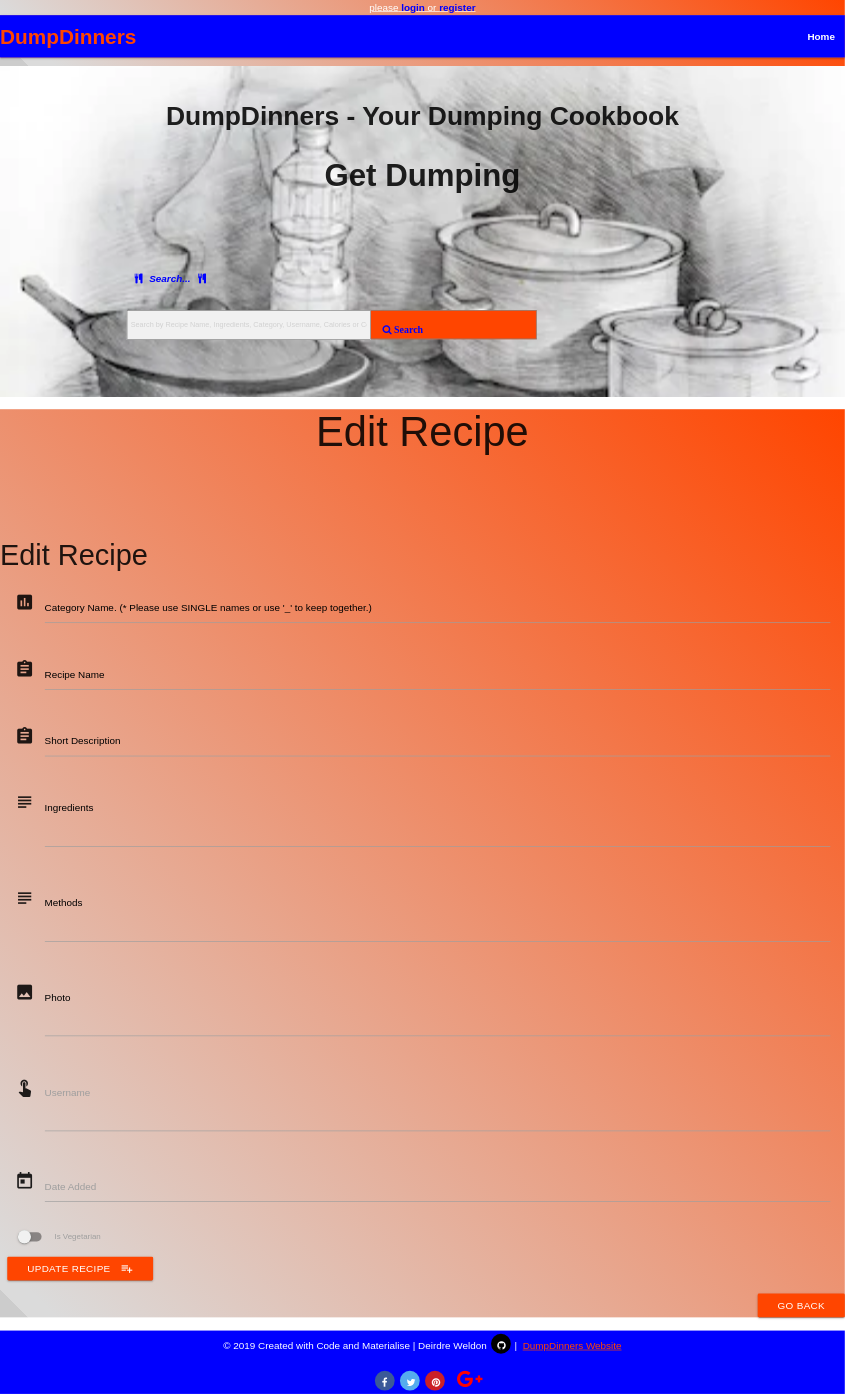
Repository: Deirdre18/dumpdinners-recipe-app
Page: templates/editrecipe.html
The author's editor kept a record of every edit. The page is drawn from the files as they stood at one moment, then again after the next edit.
The browser window is 1280 px wide. The pictures show the whole page, at 66% of full size.
Some web libraries are served in a nearby version. The page is served by the project's application, run on Flask 3 (app.py). The template is opened directly, without the code that normally fills it, so the values that code supplies are empty.

Above is the page before.

After the next edit:
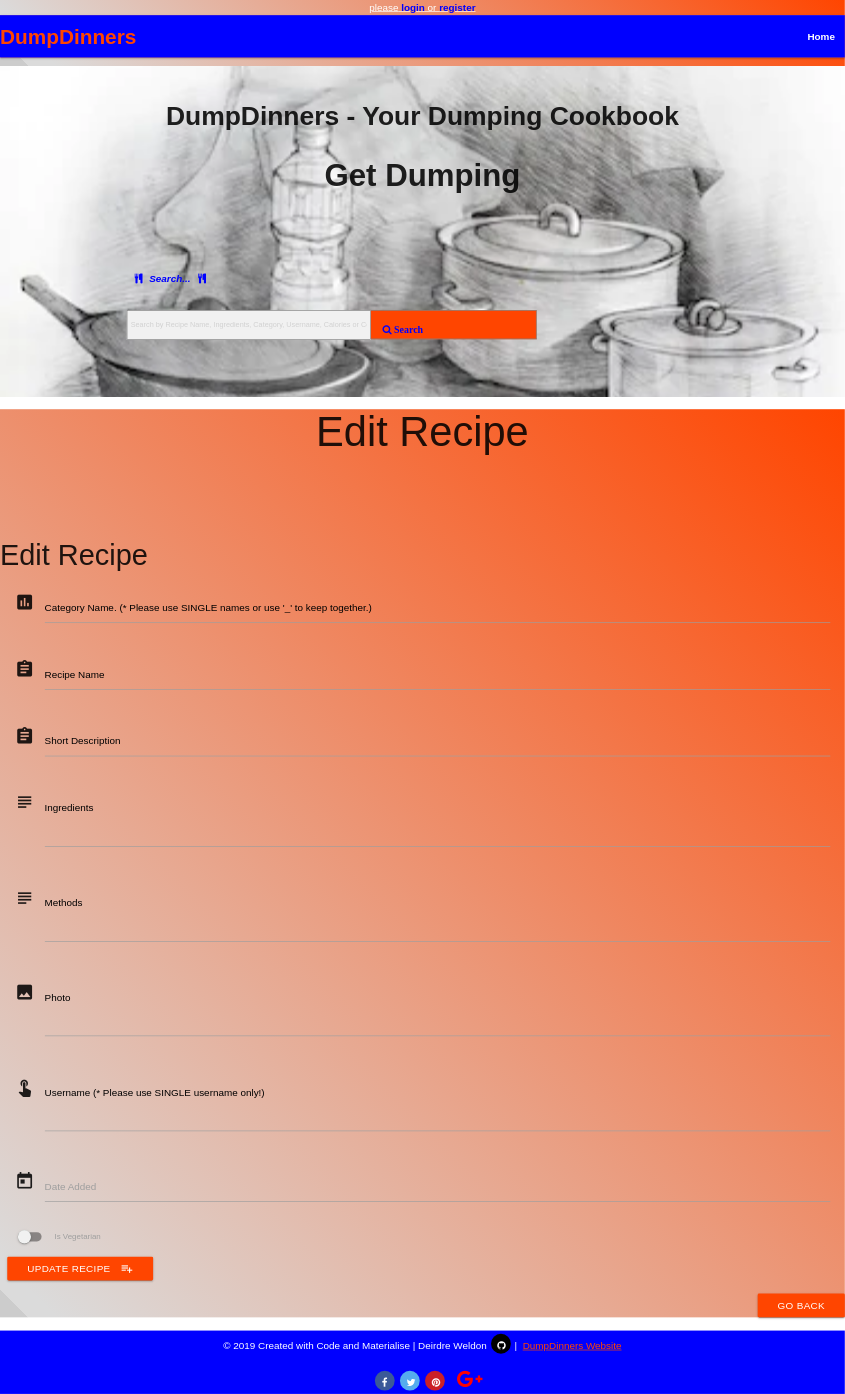
The edit:
--- a/templates/editrecipe.html
+++ b/templates/editrecipe.html
@@ -62,7 +62,7 @@
             <div class="input-field col s12">
                 <i class="material-icons prefix">touch_app</i>
                 <textarea name="username" id="username" class="materialize-textarea">{{recipe.username}}</textarea>
-                <label for="username">Username</label>
+                <label for="username" style="color:black">Username (* Please use SINGLE username only!)</label>
             </div>
         </div>
 
